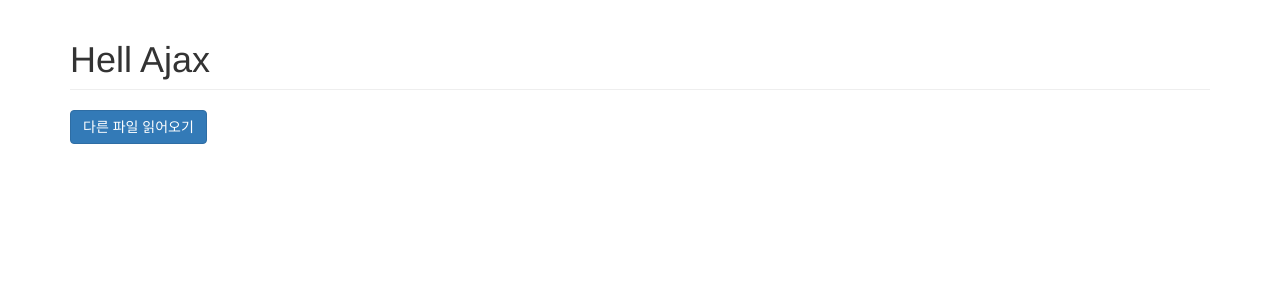
Repository: philip-yoo/test4
Page: aj/Hello/WebContent/jq15/01-ajax.html
These files come from the project's save history. The page is drawn as it stood at one moment and after the next save; the edit follows.
The browser window is 1280 px wide. The pictures show the whole page.
After loading, the first visible `#mybutton` was clicked once.

Above is the page before, as saved 2020-12-02 01:54:51.

### aj/Hello/WebContent/jq15/01-ajax.html
<!DOCTYPE html>
<html>
<head>
<meta charset="utf-8">
<meta name="viewport" content="width=device-width,initial-scale=1.0,minimum-scale=1.0,
maximum-scale=1.0,user-scalable=no" />
<title>Hello Javascript</title>

<link rel="stylesheet" href="http://maxcdn.bootstrapcdn.com/bootstrap/3.3.6/css/bootstrap.min.css" />
<script src="http://code.jquery.com/jquery.min.js"></script>
<script src="http://maxcdn.bootstrapcdn.com/bootstrap/3.3.6/js/bootstrap.min.js"></script>
</head>
<body>
<div class="container">
<h1 class="page-header">Hell Ajax</h1>
<button id ="mybutton" class="btn btn-primary" type="button">다른 파일 읽어오기</button>
<!-- 결과가 출력될 div -->
<div id="result"></div>

</div>
<script type="text/javascript">
$(function(){
	$("#mybutton").click(function(e){
		$.ajax({
			/* ajax 기본 옵션 */
			cache:false,				//캐쉬 사용 금지 처리
			url:"../api/hello.html",	//읽어들일 파일의 경로
			method:"get",				//통신방법(get(기본값), post)
			data:{},					//접속대상에게 전달할 파라미터
			dataType:"html",			//읽어올 내용 형식(html,xml,json)
			timeout:30000,				//타임아웃(30초)

			//통신 시작전 실행할 기능 (ex:로딩바 표시)
			beforeSend:function(){},
			//통신 성공시 호출될 함수 (파라미터는 읽어온 내용)
			success:function(req){},
			//통신 실패시 호출될 함수 (파라미터는 에러내용)
			error:function(error){},
			//성공, 실패에 상관 없이 맨 마지막에 무조건 호출됨 ex) 로딩바 닫기
			complete:function(){}
		});

	});// end #mybutton click
});
</script>
</body>
</html>

### aj/Hello/WebContent/api/hello.html
<h1 class="text-success">안녕하세요. Ajax</h1>

After the next save:
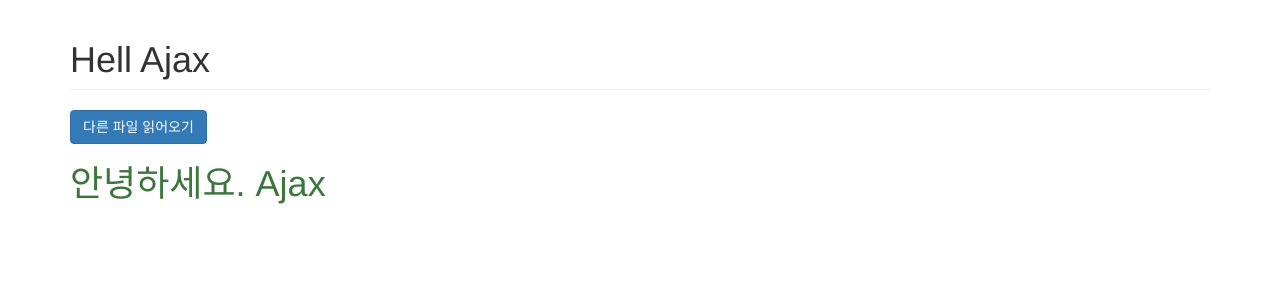
Saved 5 min 22 s later.
--- a/aj/Hello/WebContent/jq15/01-ajax.html
+++ b/aj/Hello/WebContent/jq15/01-ajax.html
@@ -31,13 +31,27 @@ $(function(){
 			timeout:30000,				//타임아웃(30초)
 
 			//통신 시작전 실행할 기능 (ex:로딩바 표시)
-			beforeSend:function(){},
+			beforeSend:function(){
+				//현재 통신중인 대상 페이지를 로그로 출력함
+				console.log(">> Ajax 통신 시작 >> " + this.url);
+			},
 			//통신 성공시 호출될 함수 (파라미터는 읽어온 내용)
-			success:function(req){},
+			success:function(req){
+				console.log(">> 성공!!!! >> " + req);
+				//준비된 요소에게 읽어온 내용을 출력한다.
+				$("#result").append(req);
+			},
 			//통신 실패시 호출될 함수 (파라미터는 에러내용)
-			error:function(error){},
+			error:function(error){
+				// 404- Page Not Found
+				// 50x - Server Error(웹 프로그램 에러)
+				// 200, 0 - 내용의 형식 에러(JSON, XML)
+				console.log(">> 에러 !!! >> " + error.status);
+			},
 			//성공, 실패에 상관 없이 맨 마지막에 무조건 호출됨 ex) 로딩바 닫기
-			complete:function(){}
+			complete:function(){
+				console.log(">> Ajax 통신 종료 !!!!");
+			}
 		});
 
 	});// end #mybutton click
